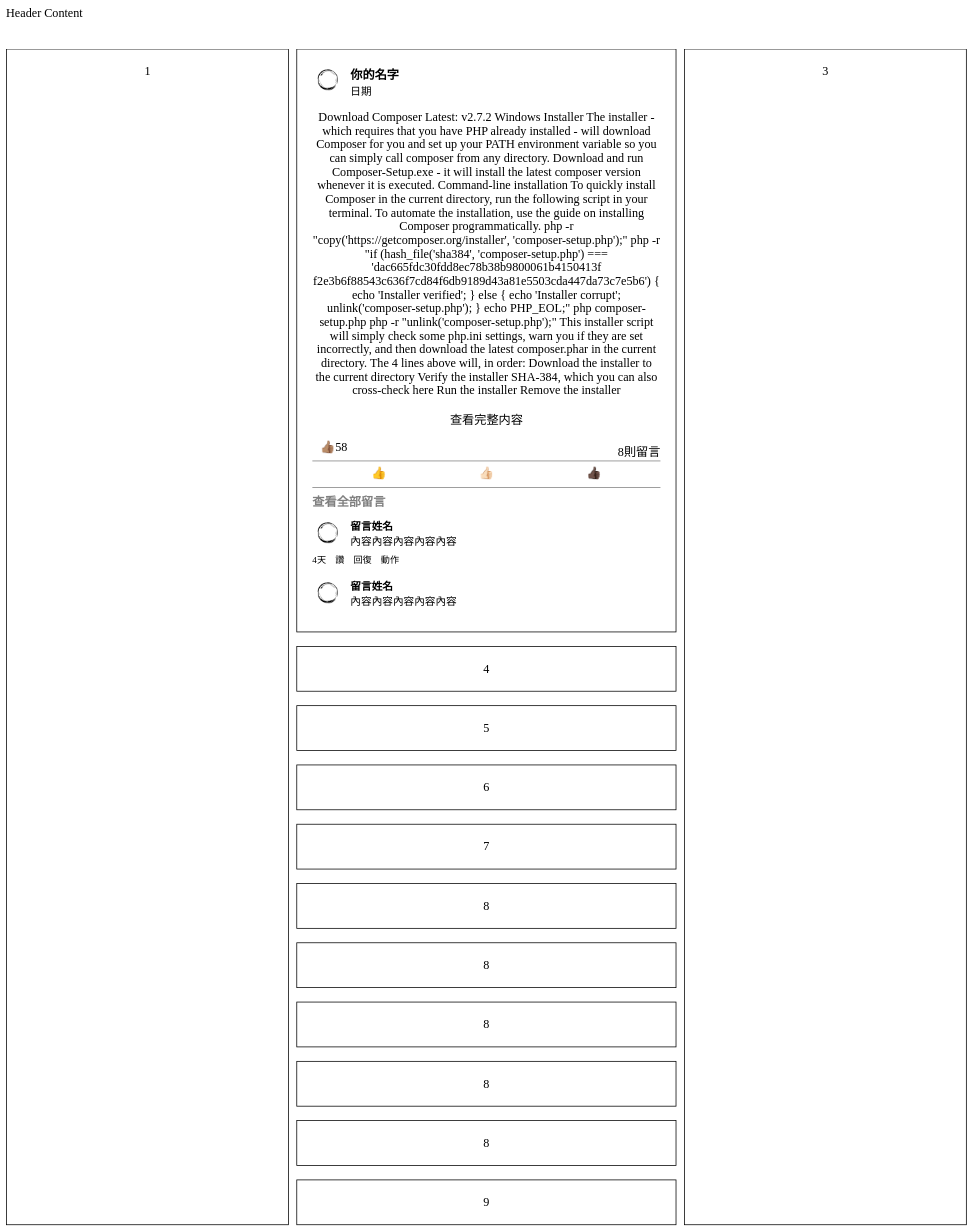
Repository: yuchiyang123/index_view
Page: http://localhost/
An editor plug-in stored every save of this project. The page is shown before and after the next save, followed by the edit.
The browser window is 1280 px wide. The pictures show the whole page, at 76% of full size.
The page is run by PHP 8.4 with error messages shown; the project is at /var/www/html/.

Above is the page before, as saved 2024-03-27 10:45:55.

After the next save:
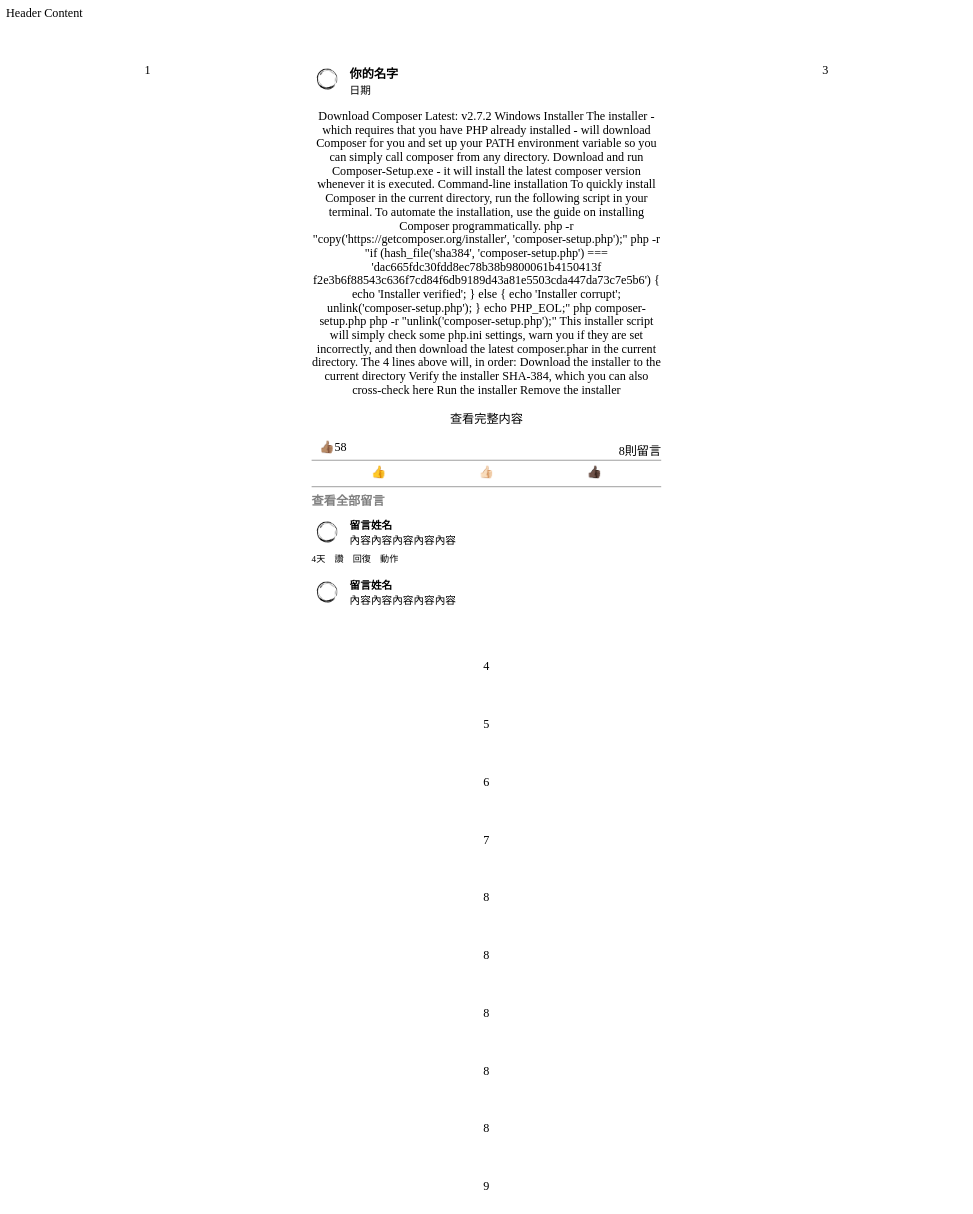
Saved 80 s later.
--- a/index.php
+++ b/index.php
@@ -24,7 +24,7 @@
 }
 
 .grid-item {
-  border: 1px solid #000;
+
   padding: 20px;
   text-align: center;
 

After the save that followed:
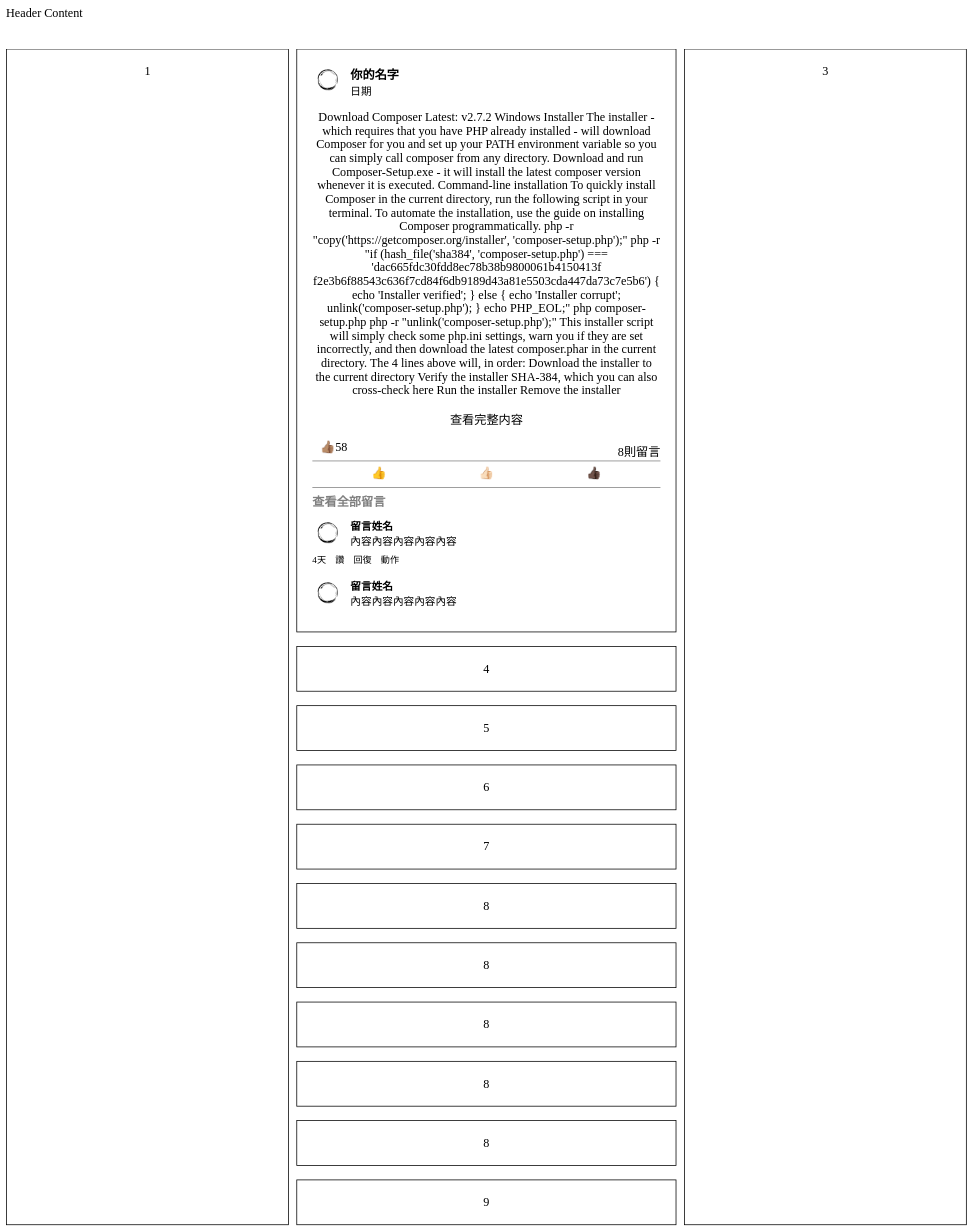
Saved 15 s later.
--- a/index.php
+++ b/index.php
@@ -24,7 +24,7 @@
 }
 
 .grid-item {
-
+  border: 1px solid #000;
   padding: 20px;
   text-align: center;
 
